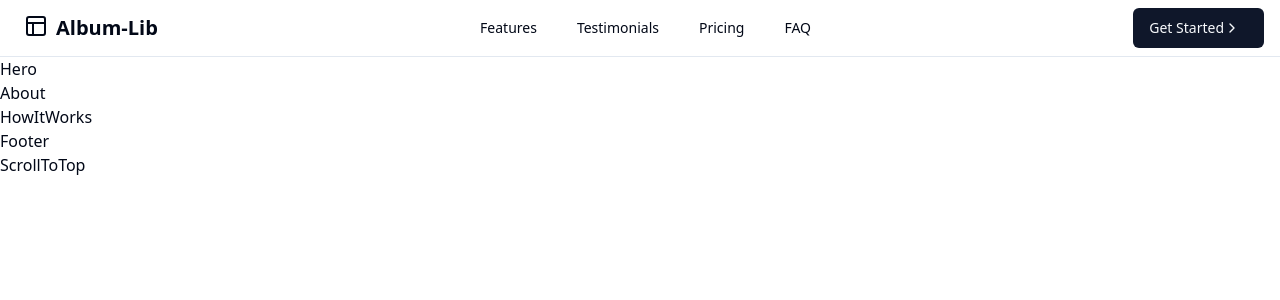
Repository: DevLaukey/savannah-informatics-test
Page: /
These files come from the project's save history. The page is drawn as it stood at one moment and after the next save; the edit follows.
The browser window is 1280 px wide. The pictures show the whole page.
The project was rebuilt for these pictures with package versions that can differ from the ones it lists, and the page was loaded fresh each time. The framework's server and built-in components were replaced by stand-ins that run in the browser. Also part of the build but not shown: next.config.mjs, lib/theme-provider.js.

Above is the page before, as saved 2024-06-04 21:37:14.

After the next save:
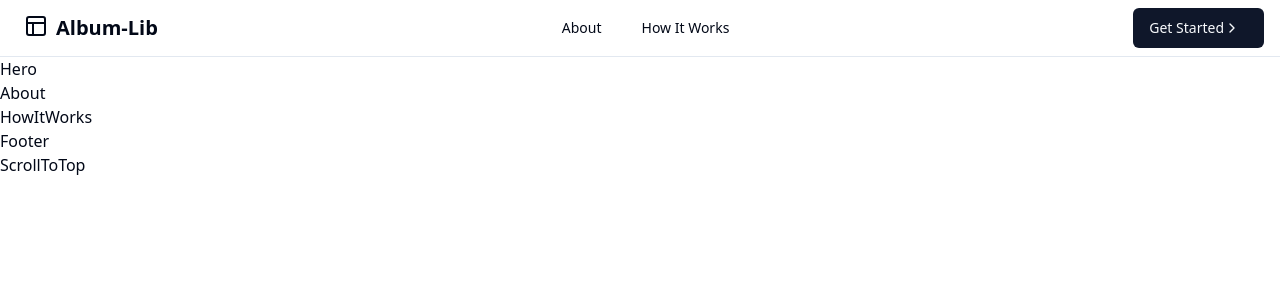
Saved 78 s later.
--- a/components/Navbar.jsx
+++ b/components/Navbar.jsx
@@ -20,21 +20,14 @@ import { LogoIcon } from "./Icons";
 
 const routeList = [
   {
-    href: "#features",
-    label: "Features",
+    href: "#about",
+    label: "About",
   },
   {
-    href: "#testimonials",
-    label: "Testimonials",
+    href: "#how-it-works",
+    label: "How It Works",
   },
-  {
-    href: "#pricing",
-    label: "Pricing",
-  },
-  {
-    href: "#faq",
-    label: "FAQ",
-  },
+
 ];
 
 const Navbar = () => {
